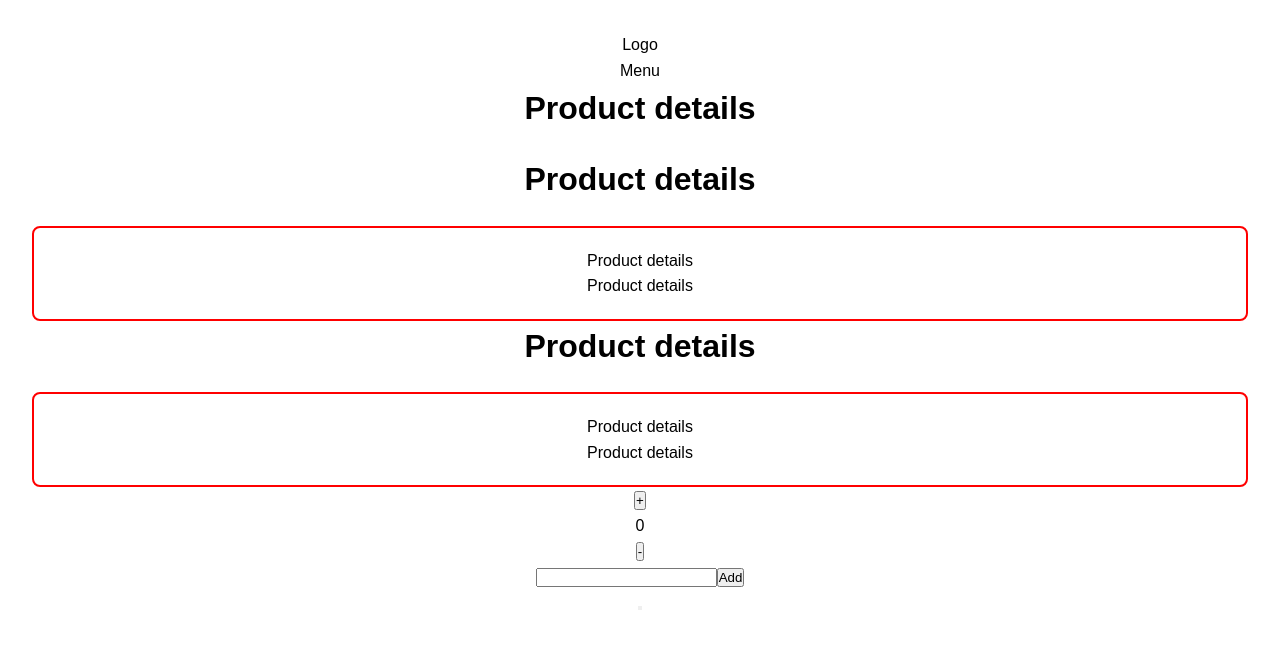
Repository: Manny1294/react-learning
Page: /
An editor plug-in stored every save of this project. The page is shown before and after the next save, followed by the edit.
The browser window is 1280 px wide. The pictures show the whole page.
The project was rebuilt for these pictures with package versions that can differ from the ones it lists, and the page was loaded fresh each time. Also part of the build but not shown: vite.config.js.

Above is the page before, as saved 2026-01-29 14:29:01.

After the next save:
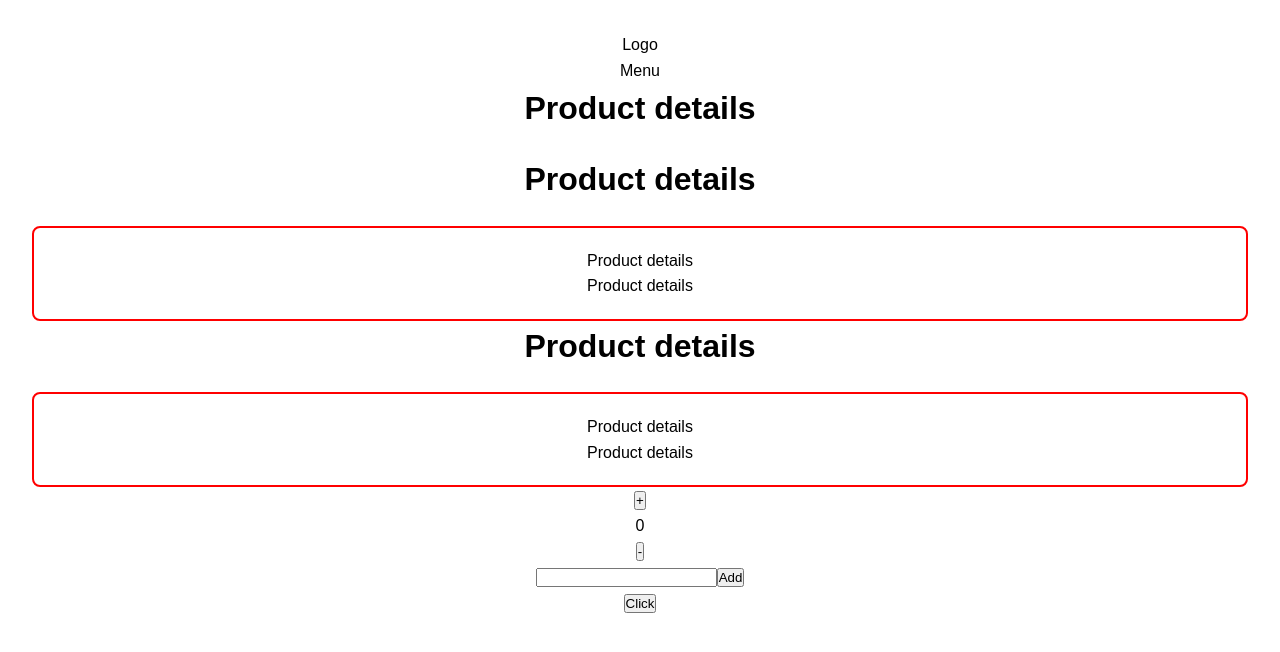
Saved 35 s later.
--- a/src/components/Toggle.jsx
+++ b/src/components/Toggle.jsx
@@ -6,7 +6,8 @@ export default function Toggle() {
   return (
     <>
       <div>
-        <button></button>
+        <button>Click</button>
+        <p></p>
       </div>
     </>
   );
